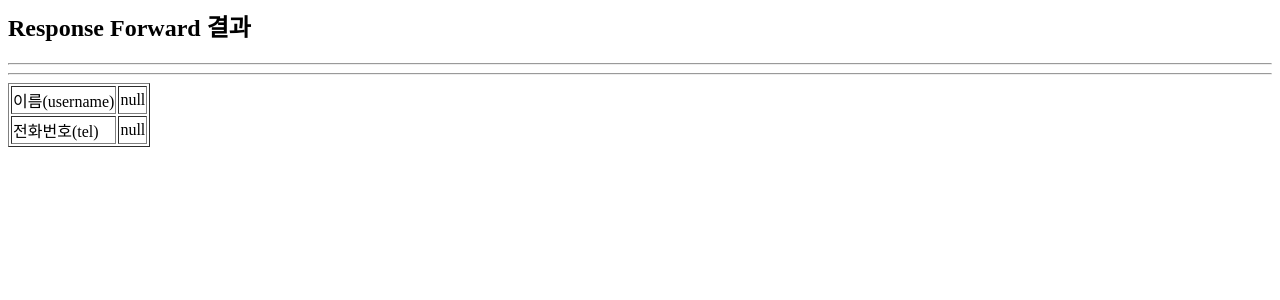
Repository: p2terkim/servletWork
Page: http://localhost/servletTest/ResponseRedirectTest.do
The author's editor kept a copy of each file at every save. The page is drawn from the files as they stood at one save, then again after the next save.
The browser window is 1280 px wide. The pictures show the whole page.
The page is served by Tomcat 9. Other server files are loaded and not shown.

Above is the page before, as saved 2021-05-18 05:36:25.

### servletTest/src/kr/or/ddit/basic/reqNresp/ResponseRedirectTest.java
package kr.or.ddit.basic.reqNresp;

import java.io.IOException;
import java.io.PrintWriter;

import javax.servlet.ServletException;
import javax.servlet.annotation.WebServlet;
import javax.servlet.http.HttpServlet;
import javax.servlet.http.HttpServletRequest;
import javax.servlet.http.HttpServletResponse;

@WebServlet("/ResponseRedirectTest.do")
public class ResponseRedirectTest extends HttpServlet {
	private static final long serialVersionUID = 1L;


	protected void doGet(HttpServletRequest request, HttpServletResponse response) throws ServletException, IOException {
		//POST방식으로 전달되는 문자열 인코딩 방식 설정
    	request.setCharacterEncoding("utf-8");

    	//파라미터로 넘어온 데이터 구하기
    	String userName = request.getParameter("username");

    	String tel = request.getParameter("tel");

    	response.setCharacterEncoding("utf-8");
    	response.setContentType("text/html; charset=utf-8");

    	PrintWriter out = response.getWriter();

    	out.println("<html><head><meta charset='utf-8'>");
    	out.println("<title>Response Redirect 방식 연습</title></head></body>");
    	out.println("<h2>Response Forward 결과</h2><hr>");
    	out.println("<hr>");

    	out.println("<table border='1'>");
    	out.println("<tr><td>이름(username)</td>");
        out.println("<td>" + userName + "</td></tr>");
        out.println("<tr><td>전화번호(tel)</td>");
        out.println("<td>" + tel + "</td></tr>");
        out.println("</table>");

        out.println("</body></html>");
	}

	protected void doPost(HttpServletRequest request, HttpServletResponse response) throws ServletException, IOException {
		doGet(request, response);
	}

}

After the next save:
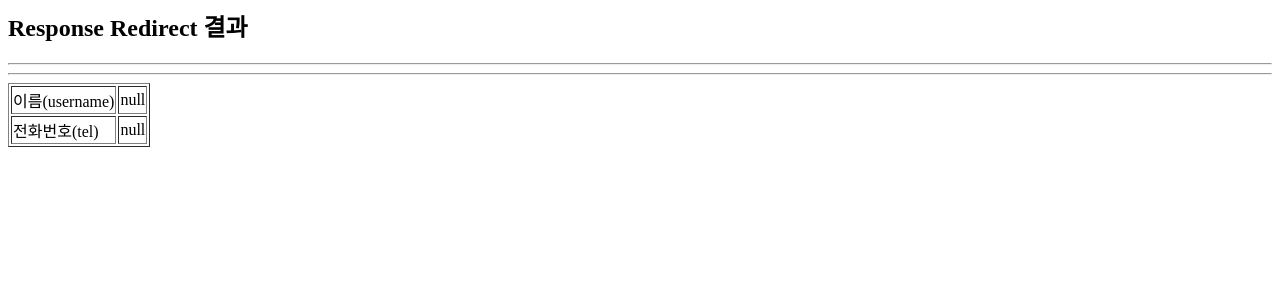
Saved 12 min 48 s later.
--- a/servletTest/src/kr/or/ddit/basic/reqNresp/ResponseRedirectTest.java
+++ b/servletTest/src/kr/or/ddit/basic/reqNresp/ResponseRedirectTest.java
@@ -30,7 +30,7 @@ public class ResponseRedirectTest extends HttpServlet {
 
     	out.println("<html><head><meta charset='utf-8'>");
     	out.println("<title>Response Redirect 방식 연습</title></head></body>");
-    	out.println("<h2>Response Forward 결과</h2><hr>");
+    	out.println("<h2>Response Redirect 결과</h2><hr>");
     	out.println("<hr>");
 
     	out.println("<table border='1'>");
